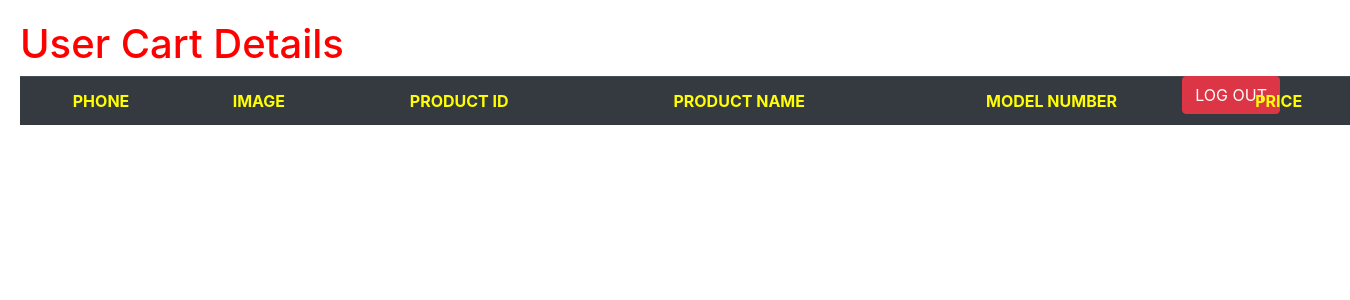
Repository: piyushj81/ComputerShop
Page: http://localhost/computershop/userCartdetailscontroller
The author's editor kept a copy of each file at every save. The page is drawn from the files as they stood at one save, then again after the next save.
The browser window is 1280 px wide. The page is 1350 px wide, so the pictures cover 1350 px, including what lies to the right of the window. The pictures show the whole page.
The page is served by Tomcat 9. Queries for data that is not in the repository find no rows.

Above is the page before, as saved 2021-10-15 10:13:40.

After the next save:
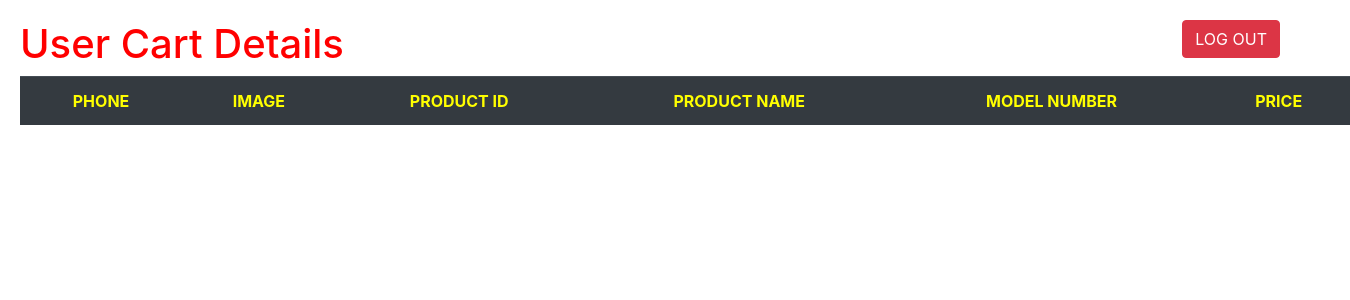
Saved 22 s later.
--- a/computershop/WebContent/usercart.jsp
+++ b/computershop/WebContent/usercart.jsp
@@ -31,10 +31,11 @@
 
 </head>
 <body>
-<h1 style="color:red;">User Cart Details </h1>
 <div>
 <a href="LogoutController" ><button class="btn btn-danger" type="button"  style= "float: right; margin-right:-500px;"   > LOG OUT</button></a>
 </div>
+
+<h1 style="color:red;">User Cart Details </h1>
 <%
 
 Class.forName("com.mysql.jdbc.Driver");
